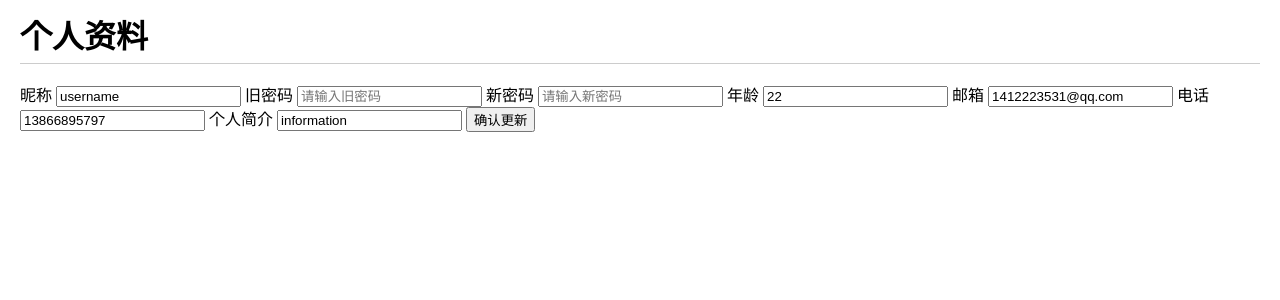
Repository: pine-chen/blog
Page: nodeJS-blog/html-test/information.html
These files come from the project's save history. The page is drawn as it stood at one moment and after the next save; the edit follows.
The browser window is 1280 px wide. The pictures show the whole page.

Above is the page before, as saved 2019-12-30 17:14:04.

### nodeJS-blog/html-test/information.html
<!DOCTYPE html>
<html>
<head>
    <meta charset="UTF-8">
    <meta name="viewport" content="width=device-width, initial-scale=1.0">
    <meta http-equiv="X-UA-Compatible" content="ie=edge">
    <title>个人资料</title>
    <style type="text/css">
        body {
            margin: 0 20px;
            line-height: 1;
        }
    </style>
</head>
<body>
    <h1 style="border-bottom: 1px solid #ccc; padding-bottom: 10px;">个人资料</h1>

    <div>
        <label>
            昵称 <input type="text" id="textNickname" value="username"/>
        </label>
        <label>
            旧密码 <input type="password" id="textOldPassword" placeholder="请输入旧密码"/>
        </label>
        <label>
            新密码 <input type="password" id="textNewPassword" placeholder="请输入新密码"/>
        </label>
        <label>
            年龄 <input type="number" id="textAge" value="22" />
        </label>
        <label>
            邮箱 <input type="email" id="textEmail" value="1412223531@qq.com" />
        </label>
        <label>
            电话 <input type="tel" id="textTel" value="13866895797" />
        </label>
        <label>
            个人简介 <input type="text" id="textInformation" value="information"/>
        </label>
        <button id="btnUpdate">确认更新</button>
    </div>



    <script src="https://cdn.bootcss.com/jquery/3.3.1/jquery.js"></script>
    <script>
       //数取数据到value处
        // 发送 post 请求
        function post(url, data = {}) {
            return $.ajax({
                type: 'post',
                url,
                data: JSON.stringify(data),
                contentType: "application/json",
            })
        }

        $('#btnUpdate').click(() => {
            const nickname = $('#textNickname').val()
            const oldPassword = $('#textOldPassword').val()
            const newPassword = $('#textNewPassword').val()
            const age = $('#textAge').val()
            const email = $('#textEmail').val()
            const telephone = $('#textTel').val()
            const information = $('#textInformation').val()
            const url = '/api/user/info'
            const data = {
                nickname,
                oldPassword,
                newPassword,
                age,
                email,
                telephone,
                information
            }
            post(url, data).then(res => {
                if (res.errno === 1) {
                    //更新成功
                    location.href = './information.html'
                } else {
                    // 更新失败
                    alert(res.message)
                }
            })
        })
    </script>
</body>
</html>

After the next save:
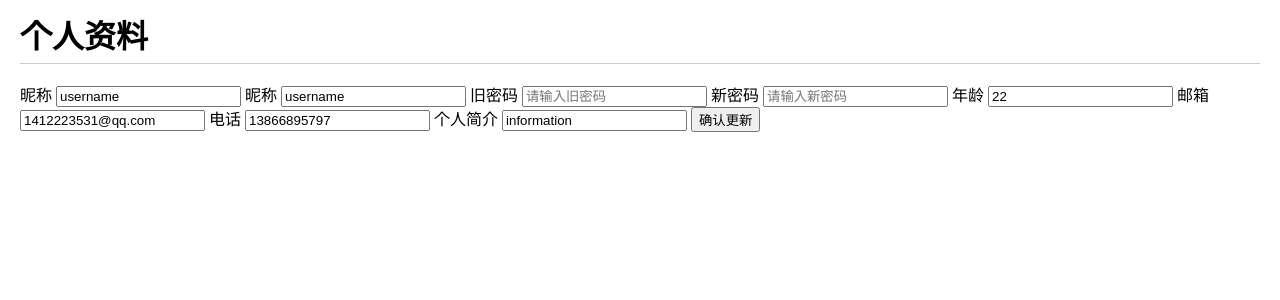
Saved 2 h 28 min later.
--- a/nodeJS-blog/html-test/information.html
+++ b/nodeJS-blog/html-test/information.html
@@ -16,6 +16,9 @@
     <h1 style="border-bottom: 1px solid #ccc; padding-bottom: 10px;">个人资料</h1>
 
     <div>
+        <label>
+            昵称 <input type="text" id="textNickname" value="username"/>
+        </label>
         <label>
             昵称 <input type="text" id="textNickname" value="username"/>
         </label>
